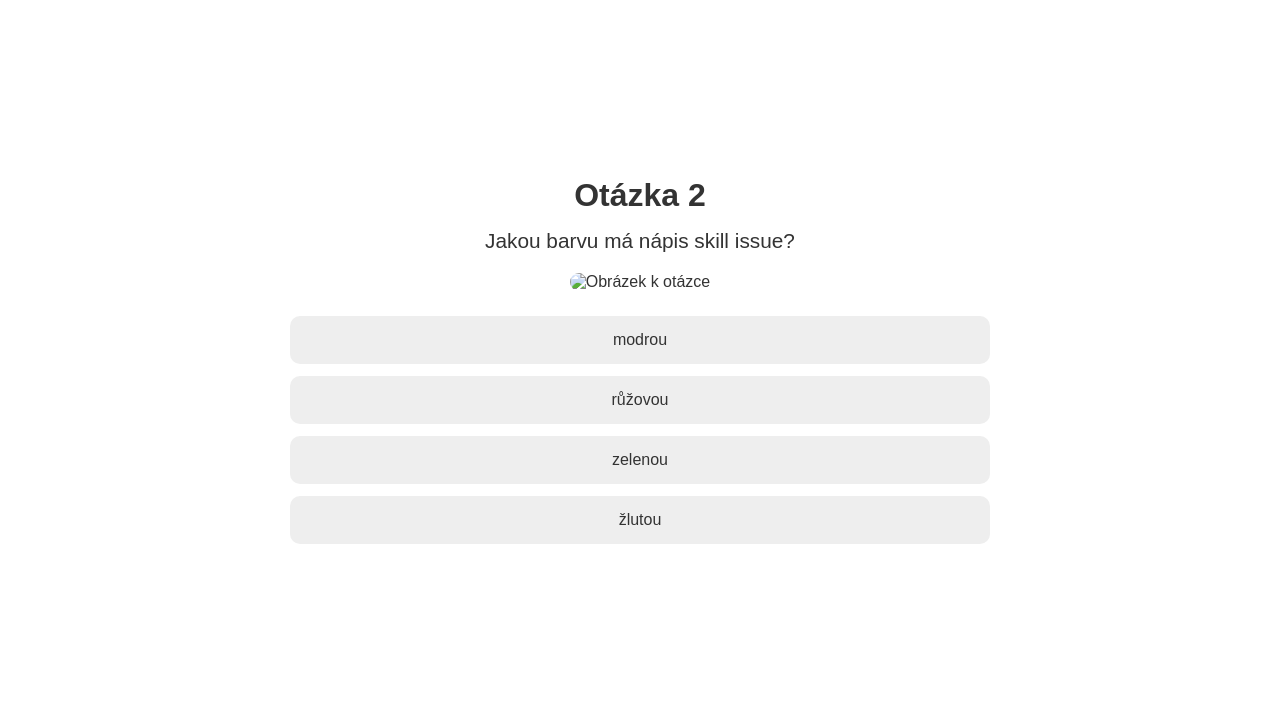
Repository: DanielMicka/darek
Page: html/q2.html
The author's editor kept a copy of each file at every save. The page is drawn from the files as they stood at one save, then again after a run of saves.
The browser window is 1280 px wide. The pictures show the whole page.

Above is the page before, as saved 2026-06-13 21:11:44.

After the next 2 saves:
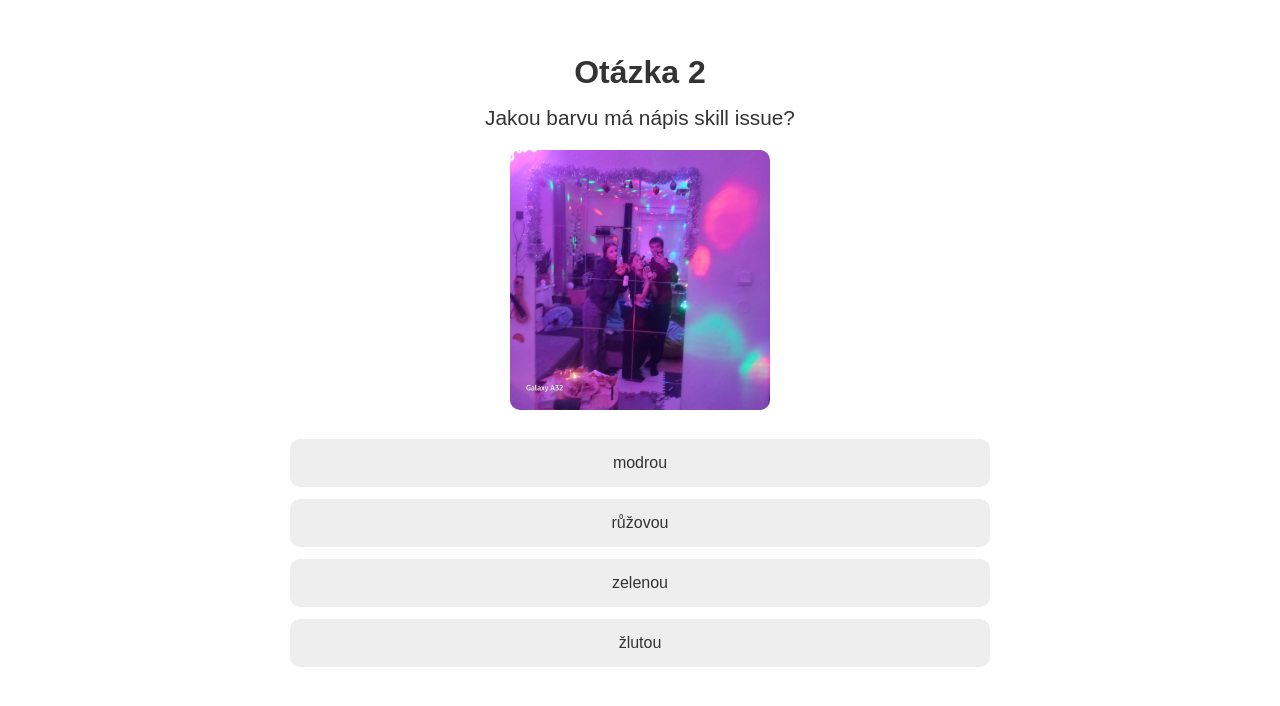
The 2 saves are shown as one change because they came seconds apart.
The last was saved 37 s later.
--- a/html/q2.html
+++ b/html/q2.html
@@ -53,7 +53,7 @@
             Jakou barvu má nápis skill issue?
         </p>
 
-        <img src="/" class="question-img" alt="Obrázek k otázce">
+        <img src="/zrcadlo.jpg" class="question-img" alt="Obrázek k otázce">
 
         <div class="answers">
             <div class="answer" onclick="check(this, false)">modrou </div>
